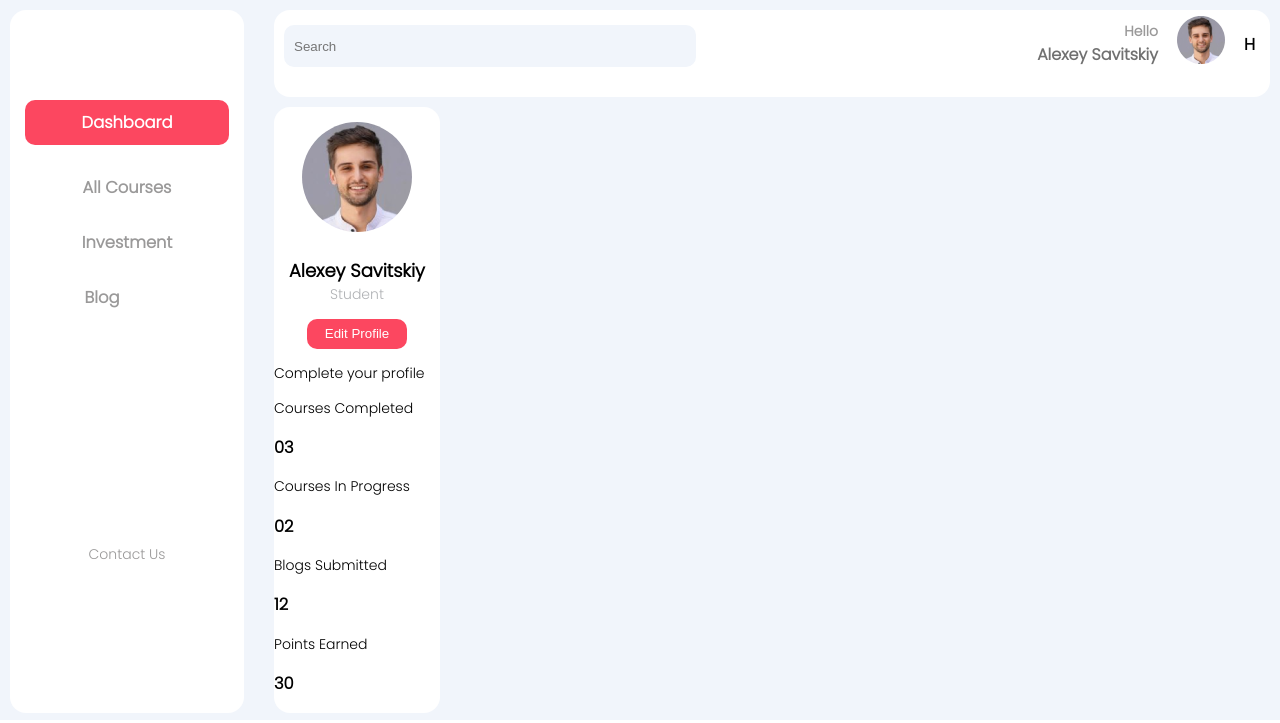
Repository: Anuruddha00/dashboard-design
Page: /
These files come from the project's save history. The page is drawn as it stood at one moment and after the next save; the edit follows.
The browser window is 1280 px wide. The pictures show the whole page.
The project was rebuilt for these pictures with package versions that can differ from the ones it lists, and the page was loaded fresh each time.

Above is the page before, as saved 2021-05-07 13:37:35.

### public/index.html
<!DOCTYPE html>
<html lang="en">
  <head>
    <meta charset="utf-8" />
    <link rel="icon" href="%PUBLIC_URL%/favicon.ico" />
    <meta name="viewport" content="width=device-width, initial-scale=1" />
    <meta name="theme-color" content="#000000" />
    <meta
      name="description"
      content="Web site created using create-react-app"
    />
    <link rel="apple-touch-icon" href="%PUBLIC_URL%/logo192.png" />

    <link rel="preconnect" href="https://fonts.gstatic.com">
    <link href="https://fonts.googleapis.com/css2?family=Poppins:wght@300&display=swap" rel="stylesheet">

    <!--
      manifest.json provides metadata used when your web app is installed on a
      user's mobile device or desktop. See https://developers.google.com/web/fundamentals/web-app-manifest/
    -->
    <link rel="manifest" href="%PUBLIC_URL%/manifest.json" />
    <!--
      Notice the use of %PUBLIC_URL% in the tags above.
      It will be replaced with the URL of the `public` folder during the build.
      Only files inside the `public` folder can be referenced from the HTML.

      Unlike "/favicon.ico" or "favicon.ico", "%PUBLIC_URL%/favicon.ico" will
      work correctly both with client-side routing and a non-root public URL.
      Learn how to configure a non-root public URL by running `npm run build`.
    -->
    <title>React App</title>
  </head>
  <body>
    <noscript>You need to enable JavaScript to run this app.</noscript>
    <div id="root"></div>
    <!--
      This HTML file is a template.
      If you open it directly in the browser, you will see an empty page.

      You can add webfonts, meta tags, or analytics to this file.
      The build step will place the bundled scripts into the <body> tag.

      To begin the development, run `npm start` or `yarn start`.
      To create a production bundle, use `npm run build` or `yarn build`.
    -->
  </body>
</html>

### src/index.js
import React from 'react';
import ReactDOM from 'react-dom';
import Dashboard from './containers/Dashboard/Dashboard';
import reportWebVitals from './reportWebVitals';

ReactDOM.render(
  <React.StrictMode>
    <Dashboard />
  </React.StrictMode>,
  document.getElementById('root')
);

// If you want to start measuring performance in your app, pass a function
// to log results (for example: reportWebVitals(console.log))
// or send to an analytics endpoint. Learn more: https://bit.ly/CRA-vitals
reportWebVitals();

### src/containers/Dashboard/Dashboard.js
import React from 'react';
import './Dashboard.scss';

const dashboard = () =>{

    return(
        <div className='container'>
            <div className='dashboard'>
                <div className='dashboardSideBar'>
                   <div className='dashboardSideBarTitle'>
                        <h3 className='dashboardSideBarTitleDashboard'>Dashboard</h3>
                        <h3 className='dashboardSideBarTitleCourses'>All Courses</h3>
                        <h3 className='dashboardSideBarTitleInvestment'>Investment</h3>
                        <h3 className='dashboardSideBarTitleBlog'>Blog</h3>
                   </div>
                   <div className='dashboardSideBarContact'>
                        <p>Contact Us</p>
                   </div>
                </div>
                <div className='dashboardMenu'>
                    <section className='content'>
                        <nav className='contentNavbar'>
                            <div className='contentNavbarSearch'>
                                <form>
                                    <input type='text' placeholder='Search'/>
                                </form>
                            </div>
                            <div className='contentNavbarProfile'>
                                <div className='contentNavbarProfileName'>
                                    <h3>Hello</h3>
                                    <h2>Alexey Savitskiy</h2>
                                </div>
                                <img src='./assets/Image 9.png'/>
                                <h1>H</h1>
                            </div>
                        </nav>
                        <div className='contentBody'>
                            <section className='details'>
                                <div className='detailsAbout'>
                                    <div className='detailsAboutProfile'>
                                        <img src='./assets/Image 12.png'/>
                                        <h3>Alexey Savitskiy</h3>
                                        <p>Student</p>
                                        <button>Edit Profile</button>
                                    </div>
                                    <div>
                                        <p>Complete your profile</p>
                                    </div>
                                    <div>
                                        <div>
                                            <p>Courses Completed</p>
                                            <h1>03</h1>
                                        </div>
                                        <div>
                                            <p>Courses In Progress</p>
                                            <h1>02</h1>
                                        </div>
                                        <div>
                                            <p>Blogs Submitted</p>
                                            <h1>12</h1>
                                        </div>
                                        <div>
                                            <p>Points Earned</p>
                                            <h1>30</h1>
                                        </div>
                                    </div>
                                </div>
                            </section>
                        </div>
                   </section>
                </div>
            </div>
        </div>
    )

}
export default dashboard;

### src/containers/Dashboard/Dashboard.scss

body{
    margin: 0;
    padding: 0;
    font-size: 0.875rem;
    font-family: 'Poppins', sans-serif;

}

.container{
    background: #f1f5fb;
    height: 100vh;

    .dashboard{
        display: grid;
        grid-template-columns: 1fr 4fr;
        gap:10px;
        grid-auto-rows: minmax(100px, auto);

        &SideBar{
            grid-column: 1;
            grid-row: 1 / 6;
            border-radius: 16px;
            background: #ffffff;
            margin: 10px;

            &Title{
                margin-top: 90px;
                font-size: 14px;

                &Dashboard{
                    background:#fc4760;
                    border-radius: 10px;
                    text-align: center;
                    padding: 10px 10px 10px 10px;
                    margin: 10px 15px 10px 15px;
                    color: #ffffff;

                }
                &Courses{
                    text-align: center;
                    margin-top: 30px;
                    color: #9a9999;
                }
                &Investment{
                    text-align: center;
                    margin-top: 30px;
                    color: #9a9999;
                }
                &Blog{
                    text-align: center;
                    margin-top: 30px;
                    margin-right: 50px;
                    color: #9a9999;
                }
            }
            &Contact{
                margin-top: 100%;

                p{
                    text-align: center;
                    color: #9a9999;
                    margin-bottom: 40px;
                }

            }
        }
        &Menu{
            // border: 1px solid red;
            grid-column: 2;
            grid-row: 1 / 6;
            margin: 10px;

            .content{
                display: grid;
                grid-template-rows:1fr 7fr ;
                gap:10px;

                &Navbar{
                    display: grid;
                    grid-template-columns: 1fr 1fr;
                    background: #ffffff;
                    border-radius: 16px;

                    &Search{

                        input{
                            background: #f1f5fb;
                            border-style: none;
                            padding-left: 10px;
                            width: 400px;
                            height: 40px;
                            margin: 15px 0 0 10px;
                            border-radius: 10px;

                        }
                    }
                    &Profile{
                        display: flex;
                        flex-direction: row;
                        justify-content: flex-end;
                        gap: 1em;
                        margin-right: 15px;
                        align-items: center;
                        height: 68px;

                        &Name{
                            text-align: end;
                            margin-top: 0;

                            h3{
                                color: #9a9999;
                                margin: 0;
                                font-size: 14px;
                            }
                            h2{
                                margin: 0;
                                font-size: 16px;
                                color: #707070;
                            }
                        }
                    }
                }
                &Body{
                    display: grid;
                    grid-template-columns: 1fr 3fr 2fr;

                    .details{
                        border-radius: 16px;
                        background: #ffffff;

                        &About{

                            &Profile{
                                text-align: center;
                                margin-top: 15px;

                                h3{
                                    font-size: 18px;
                                    margin: 0;
                                }
                                p{
                                    color: #b0b2b5;
                                    margin-top: 0;
                                }
                                button{
                                    border-style: none;
                                    border-radius: 10px;
                                    width: 100px;
                                    height: 30px;
                                    color: #ffffff;
                                    background: #fc4760;

                                }
                            }
                        }
                    }
                }
            }
        }
    }
}

Loaded but not shown: src/reportWebVitals.js (common file)

After the next save:
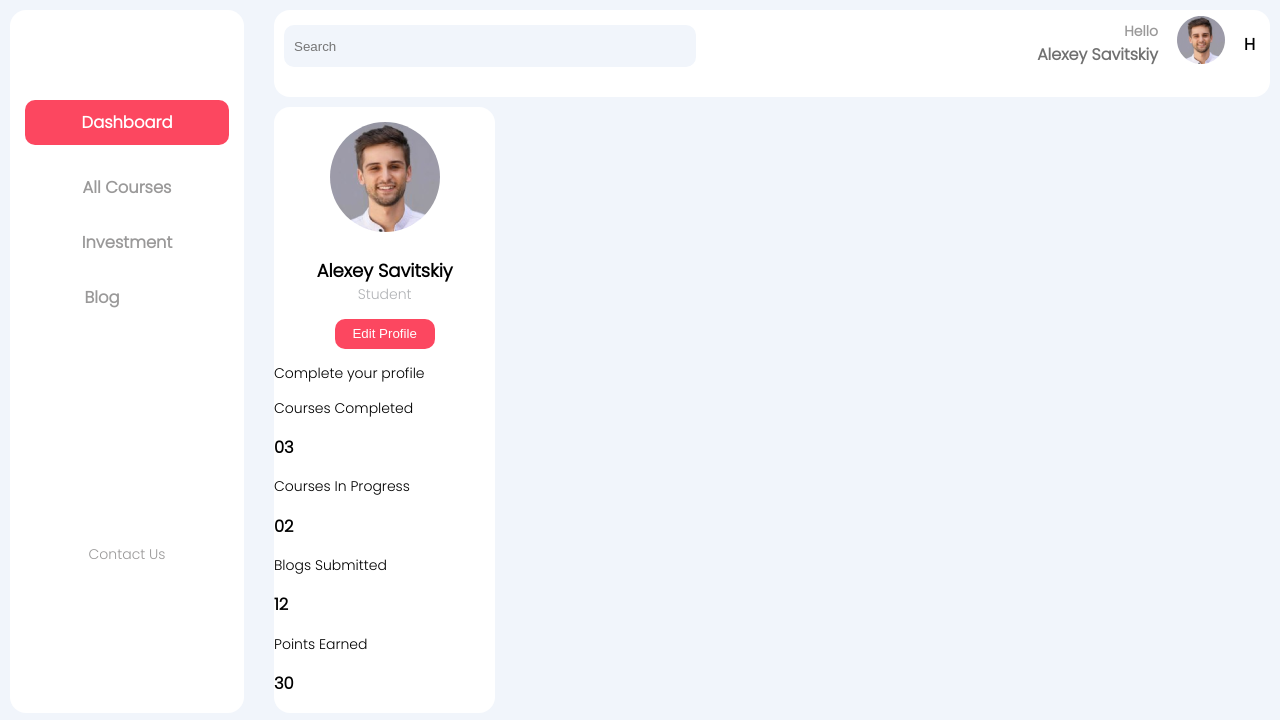
Saved 41 s later.
--- a/src/containers/Dashboard/Dashboard.scss
+++ b/src/containers/Dashboard/Dashboard.scss
@@ -123,7 +123,7 @@ body{
                 }
                 &Body{
                     display: grid;
-                    grid-template-columns: 1fr 3fr 2fr;
+                    grid-template-columns: 2fr 4fr 3fr;
 
                     .details{
                         border-radius: 16px;
